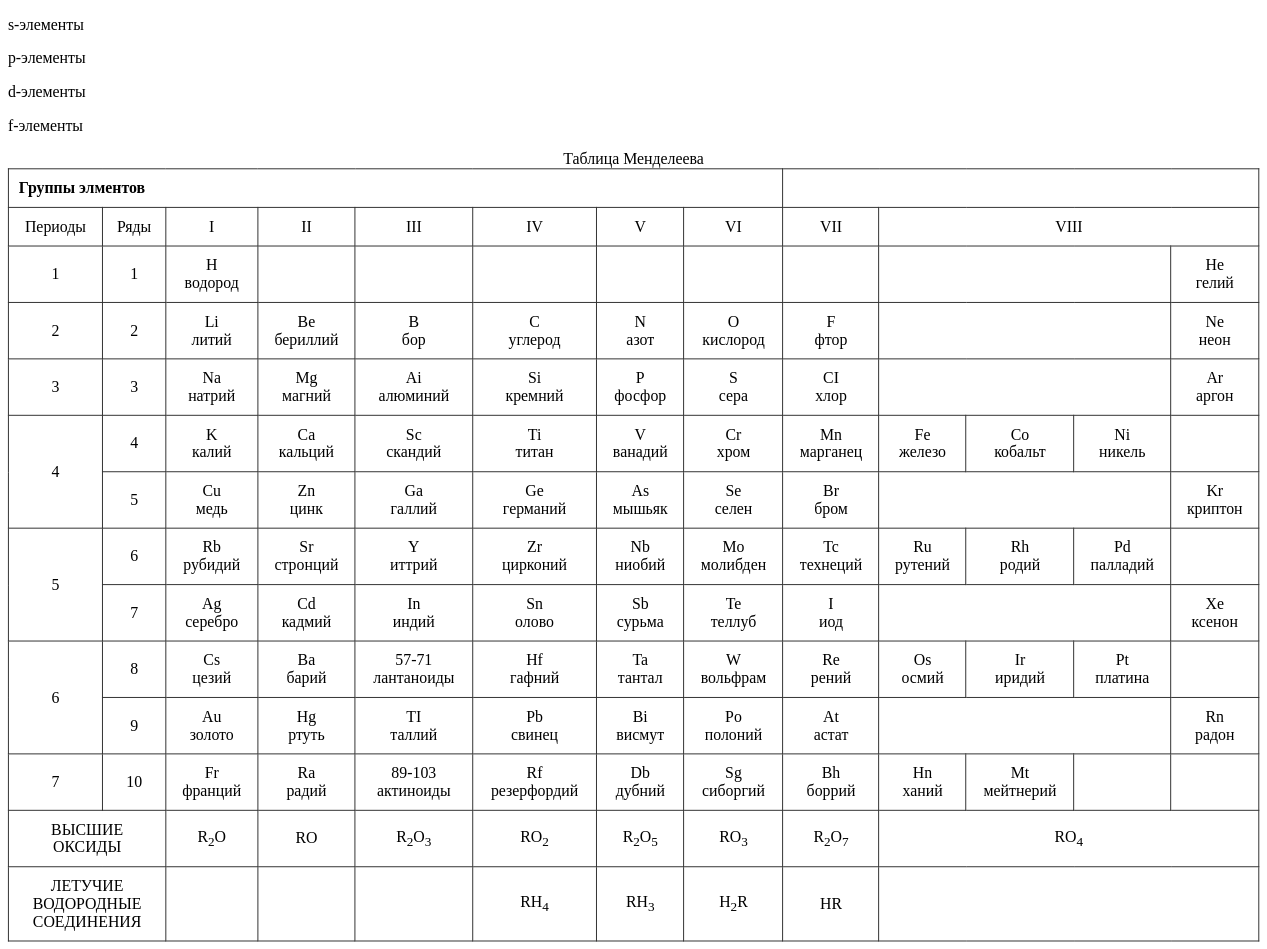
Repository: sannikovcode/exercises-a1
Page: JS/websites/01-periodic table/index.html
These files come from the project's save history. The page is drawn as it stood at one moment and after the next save; the edit follows.
The browser window is 1280 px wide. The pictures show the whole page, at 99% of full size.

Above is the page before, as saved 2025-10-17 20:03:20.

### JS/websites/01-periodic table/index.html
<!DOCTYPE html>
<html lang="en">

<head>
    <meta charset="UTF-8">
    <meta name="viewport" content="width=device-width, initial-scale=1.0">
    <title>Periodic table</title>
    <link rel="stylesheet" href="styles.css">
</head>

<body>
    <table>
        <caption>Таблица Менделеева</caption>
        <thead>
            <tr>
                <th colspan="8">Группы элментов</th>
            </tr>
        </thead>

        <tbody>
            <tr>
                <td>Периоды</td>
                <td>Ряды</td>
                <td>I</td>
                <td>II</td>
                <td>III</td>
                <td>IV</td>
                <td>V</td>
                <td>VI</td>
                <td>VII</td>
                <td colspan="4">VIII</td>
            </tr>
            <tr>
                <td>1</td>
                <td>1</td>
                <td id="#s">H<br>водород</td>
                <td></td>
                <td></td>
                <td></td>
                <td></td>
                <td></td>
                <td></td>
                <td colspan="3"></td>
                <td>He<br>гелий</td>

            </tr>
            <tr>
                <td>2</td>
                <td>2</td>
                <td>Li<br>литий</td>
                <td>Be<br>бериллий</td>
                <td>B<br>бор</td>
                <td>C<br>углерод</td>
                <td>N<br>азот</td>
                <td>O<br>кислород</td>
                <td>F<br>фтор</td>
                <td colspan="3"></td>
                <td>Ne<br>неон</td>
            </tr>
            <tr>
                <td>3</td>
                <td>3</td>
                <td>Na<br>натрий</td>
                <td>Mg<br>магний</td>
                <td>Ai<br>алюминий</td>
                <td>Si<br>кремний</td>
                <td>P<br>фосфор</td>
                <td>S<br>сера</td>
                <td>CI<br>хлор</td>
                <td colspan="3"></td>
                <td>Ar<br>аргон</td>

            </tr>
            <tr>
                <td rowspan="2">4</td>
                <td>4</td>
                <td>K<br>калий</td>
                <td>Ca<br>кальций</td>
                <td>Sc<br>скандий</td>
                <td>Ti<br>титан</td>
                <td>V<br>ванадий</td>
                <td>Cr<br>хром</td>
                <td>Mn<br>марганец</td>
                <td>Fe<br>железо</td>
                <td>Co<br>кобальт</td>
                <td>Ni<br>никель</td>
                <td></td>
            </tr>
            <tr>
                <td>5</td>
                <td>Cu<br>медь</td>
                <td>Zn<br>цинк</td>
                <td>Ga<br>галлий</td>
                <td>Ge<br>германий</td>
                <td>As<br>мышьяк</td>
                <td>Se<br>селен</td>
                <td>Br<br>бром</td>
                <td colspan="3"></td>
                <td>Kr<br>криптон</td>
            <tr>
                <td rowspan="2">5</td>
                <td>6</td>
                <td>Rb<br>рубидий</td>
                <td>Sr<br>стронций</td>
                <td>Y<br>иттрий</td>
                <td>Zr<br>цирконий</td>
                <td>Nb<br>ниобий</td>
                <td>Mo<br>молибден</td>
                <td>Tc<br>технеций</td>
                <td>Ru<br>рутений</td>
                <td>Rh<br>родий</td>
                <td>Pd<br>палладий</td>
                <td></td>
            </tr>
            <tr>
                <td>7</td>
                <td>Ag<br>серебро</td>
                <td>Cd<br>кадмий</td>
                <td>In<br>индий</td>
                <td>Sn<br>олово</td>
                <td>Sb<br>сурьма</td>
                <td>Te<br>теллуб</td>
                <td>I<br>иод</td>
                <td colspan="3"></td>
                <td>Xe<br>ксенон</td>
            </tr>
            <tr>
                <td rowspan="2">6</td>
                <td>8</td>
                <td>Cs<br>цезий</td>
                <td>Ba<br>барий</td>
                <td>57-71<br>лантаноиды</td>
                <td>Hf<br>гафний</td>
                <td>Ta<br>тантал</td>
                <td>W<br>вольфрам</td>
                <td>Re<br>рений</td>
                <td>Os<br>осмий</td>
                <td>Ir<br>иридий</td>
                <td>Pt<br>платина</td>
                <td></td>
            </tr>
            <tr>
                <td>9</td>
                <td>Au<br>золото</td>
                <td>Hg<br>ртуть</td>
                <td>TI<br>таллий</td>
                <td>Pb<br>свинец</td>
                <td>Bi<br>висмут</td>
                <td>Po<br>полоний</td>
                <td>At<br>астат</td>
                <td colspan="3"></td>
                <td>Rn<br>радон</td>
            </tr>
            <tr>
                <td>7</td>
                <td>10<br></td>
                <td>Fr<br>франций</td>
                <td>Ra<br>радий</td>
                <td>89-103<br>актиноиды</td>
                <td>Rf<br>резерфордий</td>
                <td>Db<br>дубний</td>
                <td>Sg<br>сиборгий</td>
                <td>Bh<br>боррий</td>
                <td>Hn<br>ханий</td>
                <td>Mt<br>мейтнерий</td>
                <td></td>
                <td></td>
            </tr>
            <tr>
                <td colspan="2">ВЫСШИЕ <br>ОКСИДЫ</td>
                <td>R<sub>2</sub>O</td>
                <td>RO</td>
                <td>R<sub>2</sub>O<sub>3</sub></td>
                <td>RO<sub>2</sub></td>
                <td>R<sub>2</sub>O<sub>5</sub></td>
                <td>RO<sub>3</sub></td>
                <td>R<sub>2</sub>O<sub>7</sub></td>
                <td colspan="4">RO<sub>4</sub></td>

            </tr>
            <tr>
                <td colspan="2">ЛЕТУЧИЕ <br>ВОДОРОДНЫЕ <br> СОЕДИНЕНИЯ</td>
                <td></td>
                <td></td>
                <td></td>
                <td>RH<sub>4</sub></td>
                <td>RH<sub>3</sub></td>
                <td>H<sub>2</sub>R</td>
                <td>HR</td>
                <td colspan="4"></td>
            </tr>
        </tbody>
        <tfoot>
            <p>s-элементы</p>
            <p>p-элементы</p>
            <p>d-элементы</p>
            <p>f-элементы</p>

        </tfoot>

    </table>




</body>

</html>

### JS/websites/01-periodic table/styles.css
/* 1 */
table {
  border-collapse: collapse;
  width: 100%;
}

table, th, td {
  border: 1px solid #333;
}

th, td {
  padding: 10px;
  text-align: left;
}

/*2*/
td {
  text-align: center; /* горизонтальное центрирование */
  vertical-align: middle; /* вертикальное центрирование */
}

/* элементы */

#s {
  background-color: lightblue;
}

After the next save:
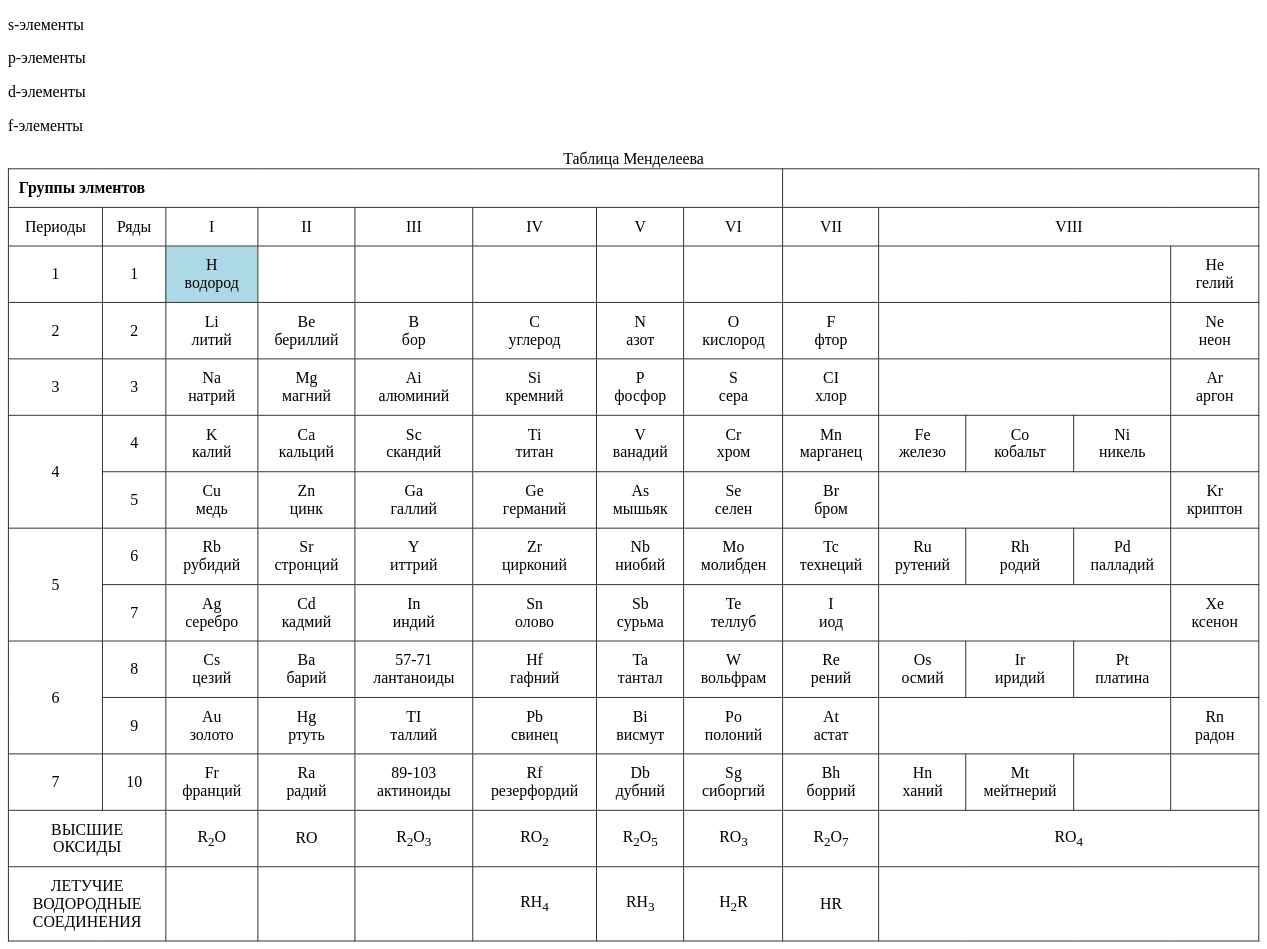
Saved 8 s later.
--- a/JS/websites/01-periodic table/index.html
+++ b/JS/websites/01-periodic table/index.html
@@ -33,7 +33,7 @@
             <tr>
                 <td>1</td>
                 <td>1</td>
-                <td id="#s">H<br>водород</td>
+                <td id="s">H<br>водород</td>
                 <td></td>
                 <td></td>
                 <td></td>

After the save that followed:
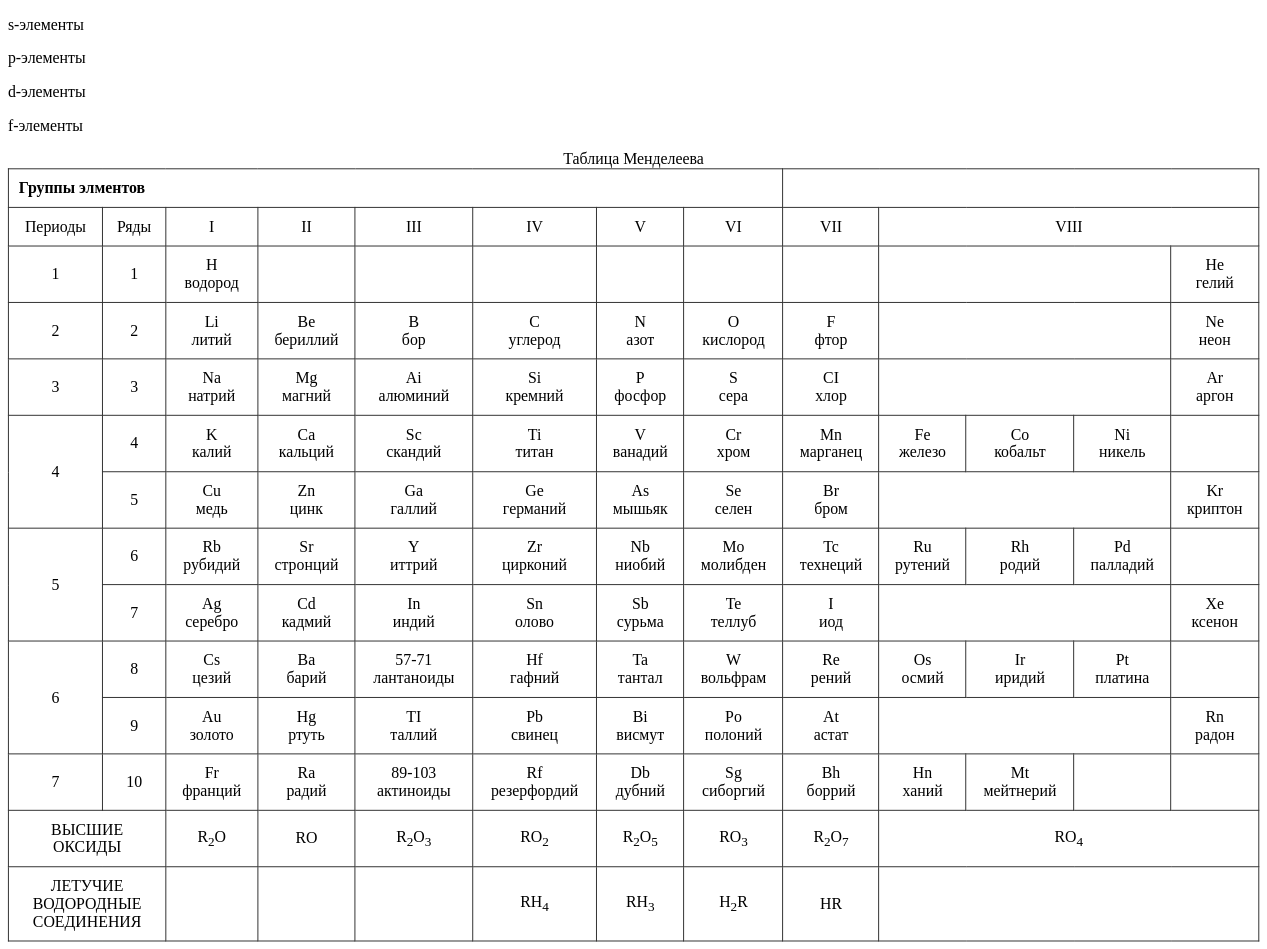
Saved 5 s later.
--- a/JS/websites/01-periodic table/index.html
+++ b/JS/websites/01-periodic table/index.html
@@ -33,7 +33,7 @@
             <tr>
                 <td>1</td>
                 <td>1</td>
-                <td id="s">H<br>водород</td>
+                <td id="S">H<br>водород</td>
                 <td></td>
                 <td></td>
                 <td></td>
